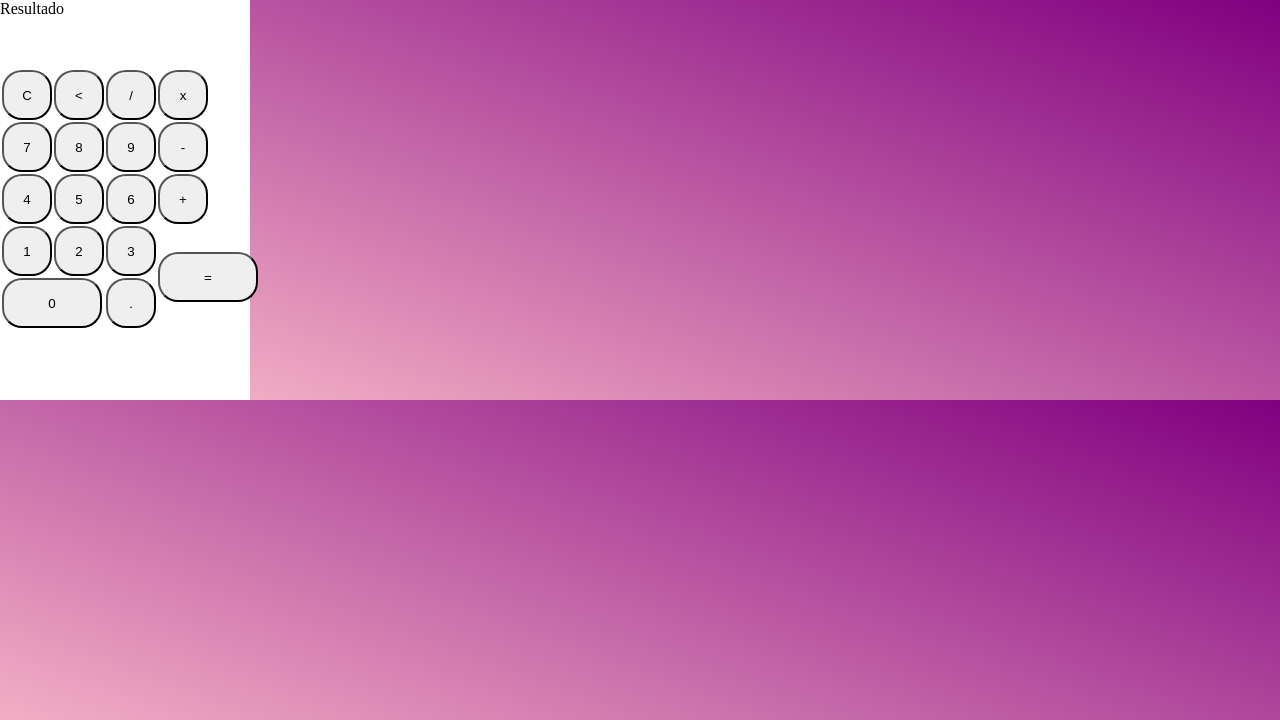
Repository: mariele-huff/calculadora
Page: index.html
An editor plug-in stored every save of this project. The page is shown before and after the next save, followed by the edit.
The browser window is 1280 px wide. The pictures show the whole page.

Above is the page before, as saved 2022-08-12 18:36:33.

After the next save:
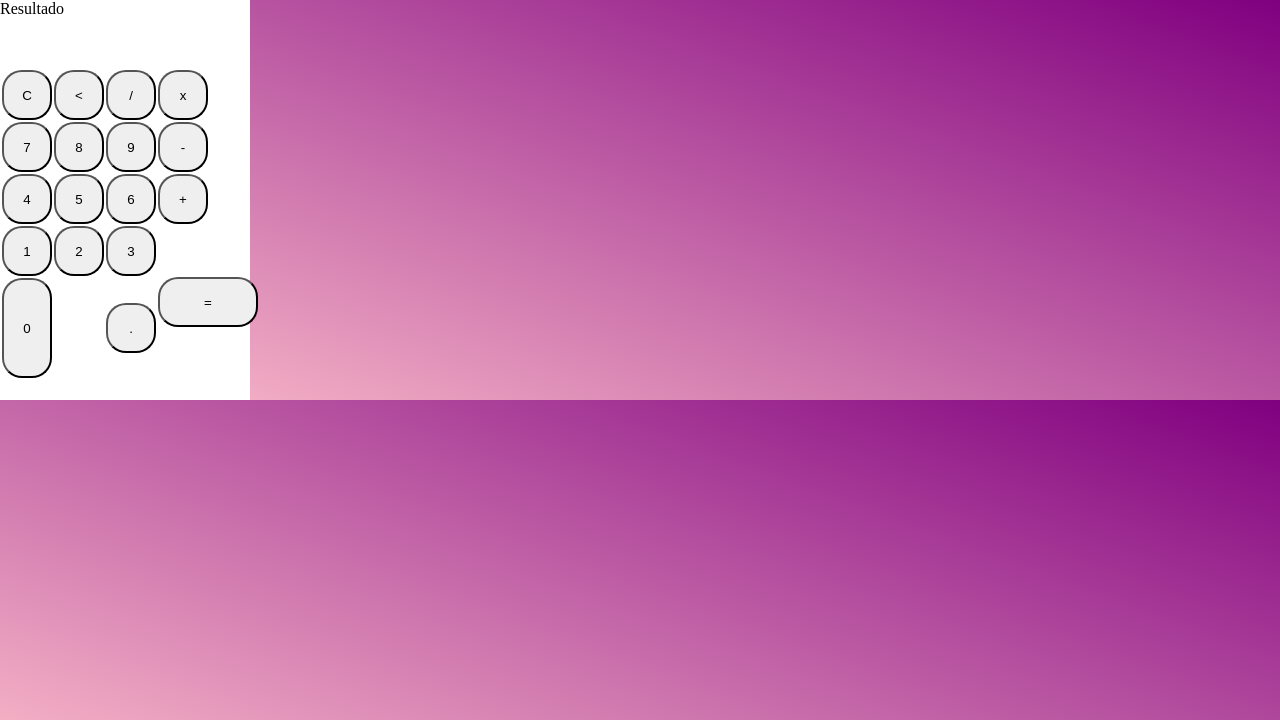
Saved 14 s later.
--- a/style.css
+++ b/style.css
@@ -24,8 +24,8 @@ body{
 }
 .botao1{
 
-    height:50px;
-    width: 100px;
+    height:100px;
+    width: 50px;
     border-radius: 20px;
 
 }
